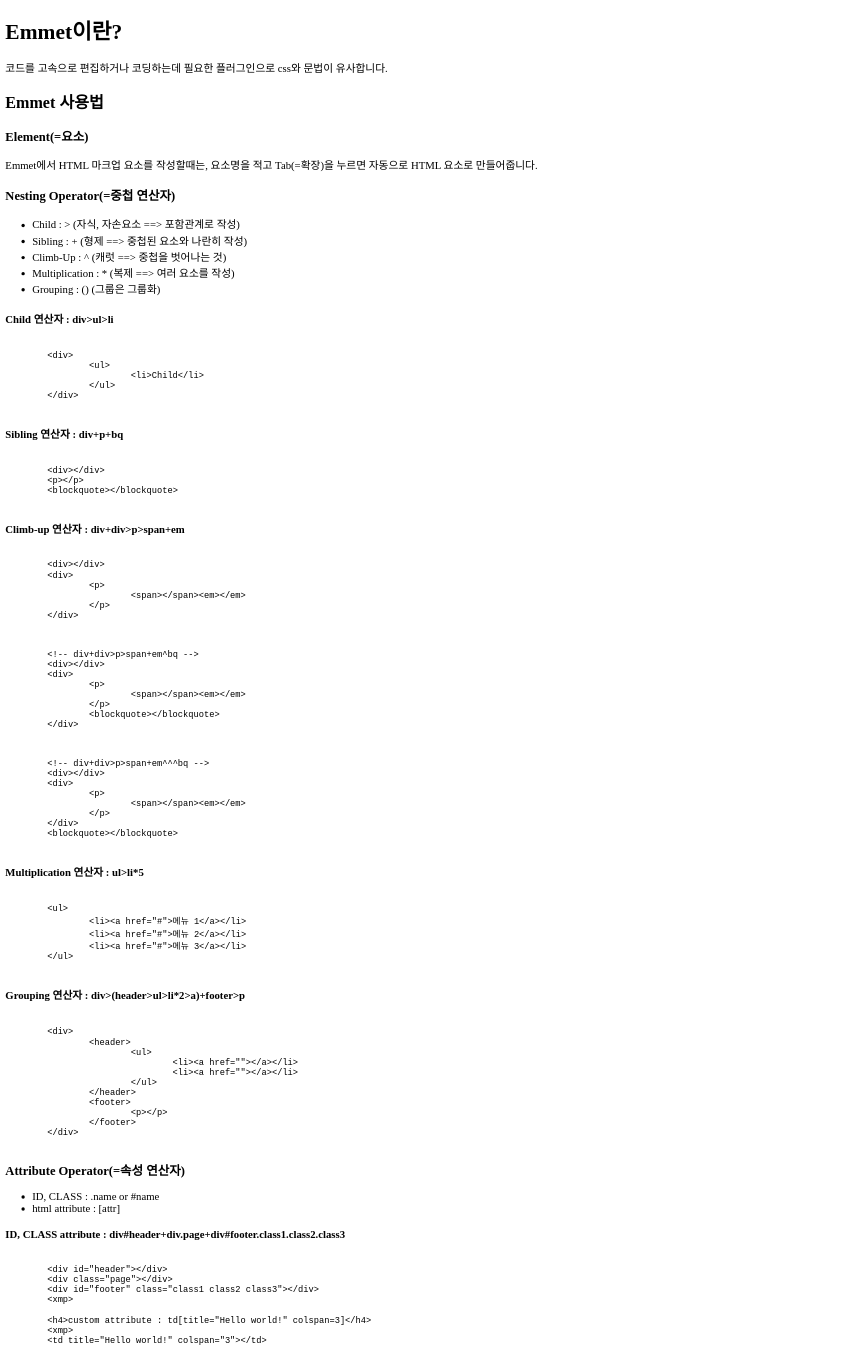
Repository: kvmhyvmvn/Study_WebUI
Page: WorkSpace/CloneCoding1/src/main/webapp/index.html
The author's editor kept a copy of each file at every save. The page is drawn from the files as they stood at one save, then again after the next save.
The browser window is 1280 px wide. The pictures show the whole page, at 67% of full size.

Above is the page before, as saved 2023-05-30 07:36:59.

After the next save:
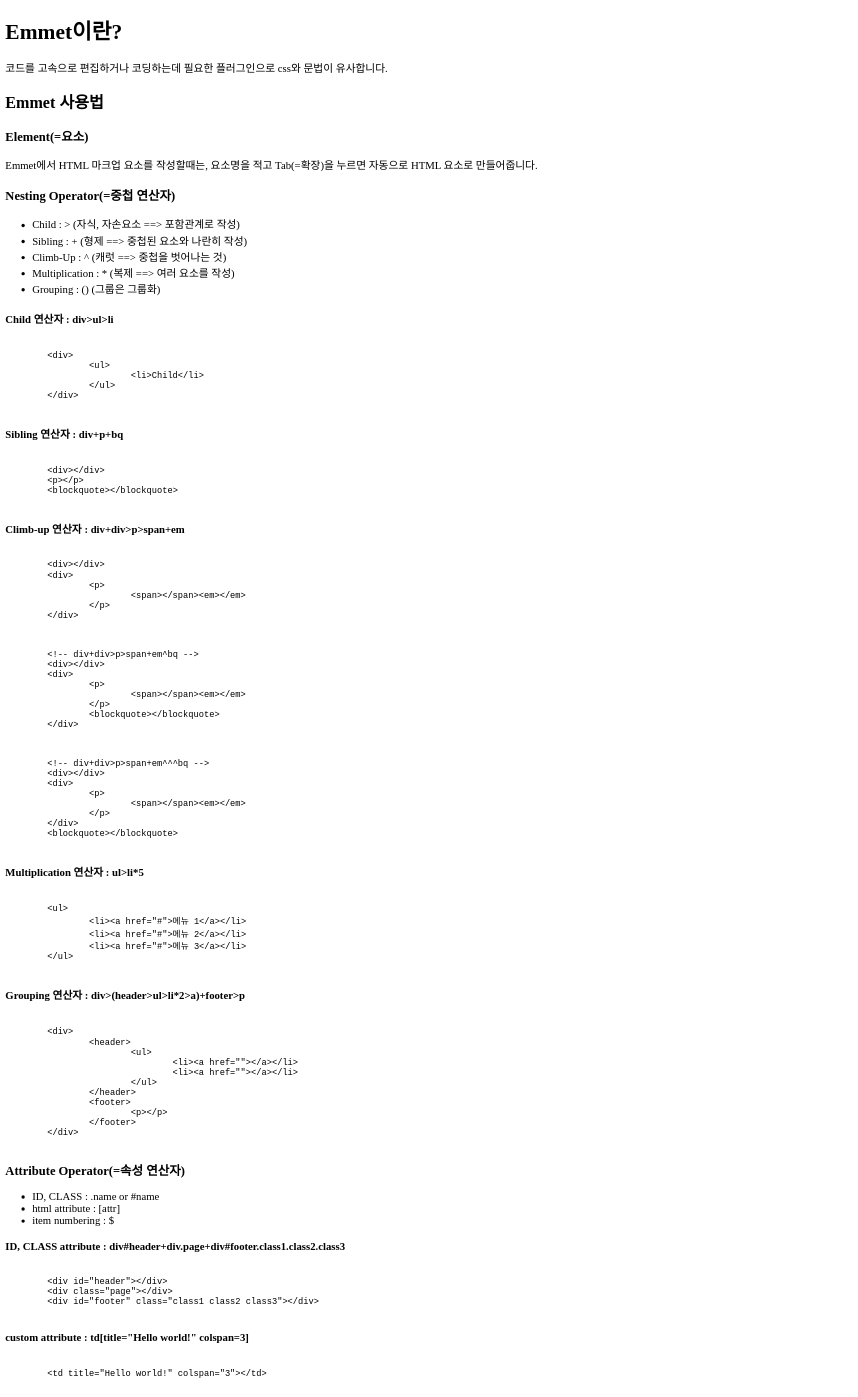
Saved 2 min 4 s later.
--- a/WorkSpace/CloneCoding1/src/main/webapp/index.html
+++ b/WorkSpace/CloneCoding1/src/main/webapp/index.html
@@ -99,6 +99,7 @@
 	<ul>
 		<li>ID, CLASS : .name or #name</li>
 		<li>html attribute : [attr]</li>
+		<li>item numbering : $</li>
 	</ul>
 
 	<h4>ID, CLASS attribute : div#header+div.page+div#footer.class1.class2.class3</h4>
@@ -106,7 +107,7 @@
 	<div id="header"></div>
 	<div class="page"></div>
 	<div id="footer" class="class1 class2 class3"></div>
-	<xmp>
+	</xmp>
 
 	<h4>custom attribute : td[title="Hello world!" colspan=3]</h4>
 	<xmp>
